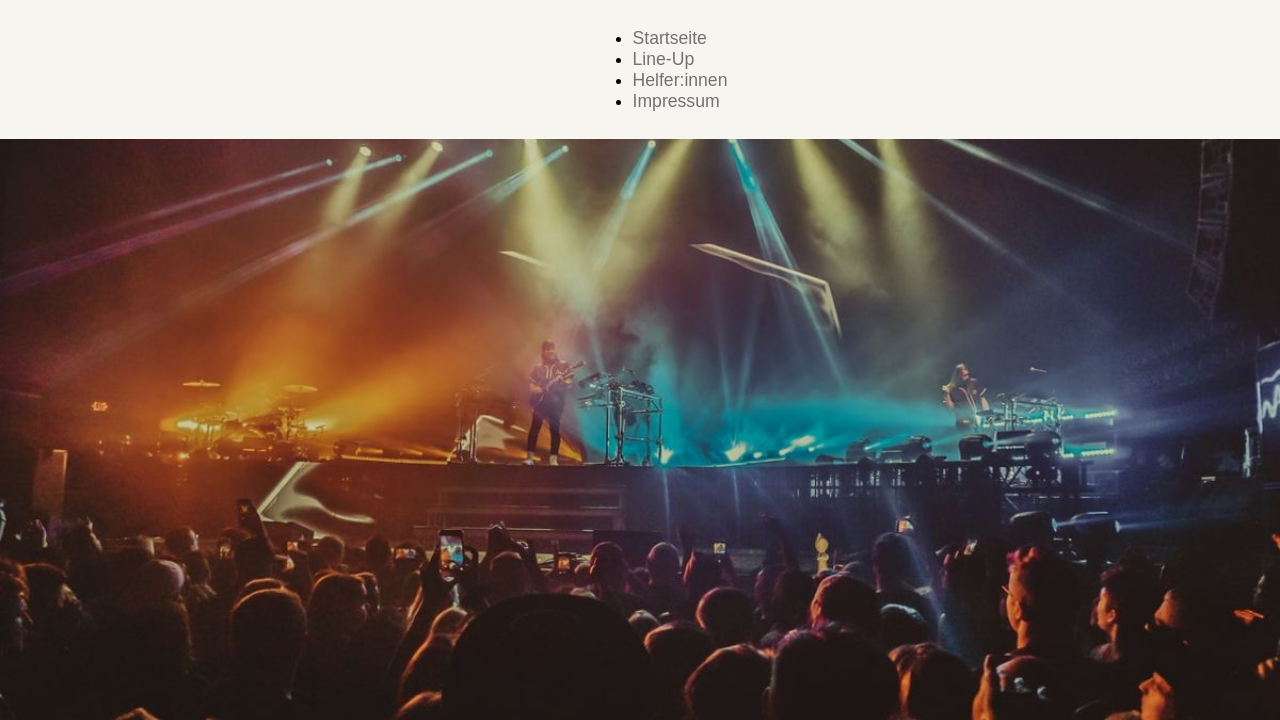
Repository: Hajimohammadi-KI/Web-Technologien
Page: index.html
An editor plug-in stored every save of this project. The page is shown before and after a run of saves, followed by the edit.
The browser window is 1280 px wide. The pictures show the whole page.

Above is the page before, as saved 2025-10-01 13:53:38.

After the next 4 saves:
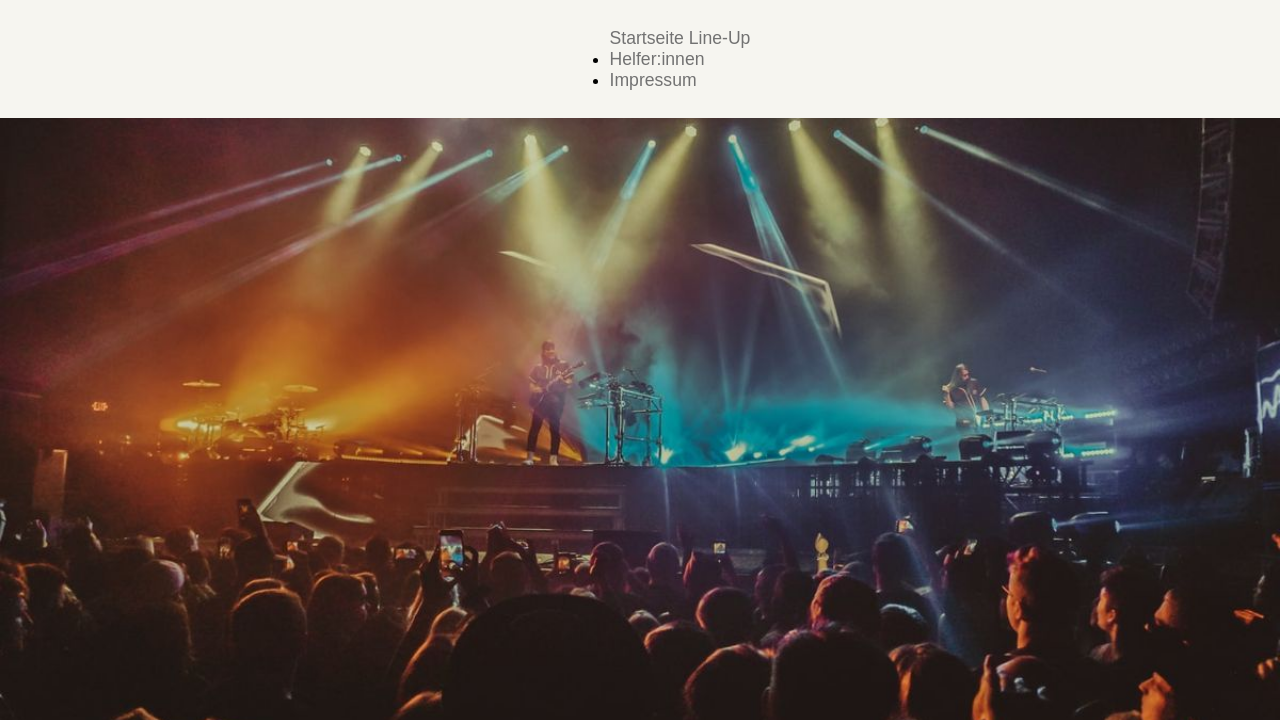
The 4 saves are shown as one change because they came seconds apart.
The last was saved 88 s later.
--- a/index.html
+++ b/index.html
@@ -9,8 +9,8 @@
 <body>
     <nav>
       <ul>
-        <li><a href="index.html">Startseite</a></li>
-        <li><a href="lineup.html">Line-Up</a></li>
+        <a href="index.html">Startseite</a>
+        <a href="lineup.html">Line-Up</a>
         <li><a href="helfer.html">Helfer:innen</a></li>
         <li><a href="impressum.html">Impressum</a></li>
       </ul>
